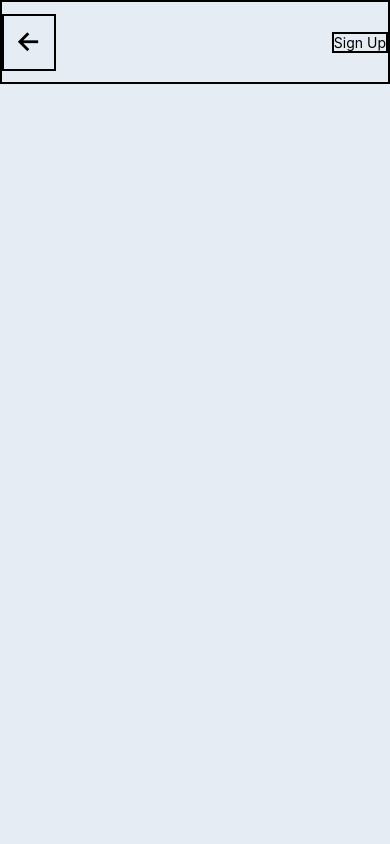
Repository: kgayathridevi/pregband
Screen: /Sign
These files come from the project's save history. The screen is drawn as it stood at one moment and after a run of saves; the edit follows.
The app was drawn by React Native's web renderer in a window 390 px wide. The project was rebuilt for these pictures with package versions that can differ from the ones it lists, and the page was loaded fresh each time. Also part of the build but not shown: component/Home.jsx.

Above is the screen before, as saved 2023-04-30 07:32:57.

### App.js
import { NavigationContainer } from "@react-navigation/native";
import { createNativeStackNavigator } from "@react-navigation/native-stack";
import { StatusBar } from "expo-status-bar";
import { StyleSheet, Text, View } from "react-native";
import SignUpScreen from "./component/SignUpScreen";
import LogInScreen from "./component/LogInScreen";
import Home from "./component/Home";

const Stack = createNativeStackNavigator();
export default function App() {
  return (
    <NavigationContainer>
      <Stack.Navigator initialRouteName="Log">
        <Stack.Screen
          options={{ headerShown: false }}
          name="Log"
          component={LogInScreen}
        />
        <Stack.Screen
          options={{ headerShown: false }}
          name="Sign"
          component={SignUpScreen}
        />
        <Stack.Screen name="Home" component={Home} />
      </Stack.Navigator>
    </NavigationContainer>
  );
}

const styles = StyleSheet.create({
  // container: {
  //   flex: 1,
  //   backgroundColor: '#fff',
  //   alignItems: 'center',
  //   justifyContent: 'center',
  // },
});

### component/SignUpScreen.jsx
import { StyleSheet, Text, View, TextInput } from "react-native";
import React from "react";
import { Button } from "react-native";
import Ionicons from "@expo/vector-icons/Ionicons";
import { SafeAreaView } from "react-native-safe-area-context";

const SignUpScreen = ({ navigation }) => {
  return (
    <SafeAreaView style={styles.container}>
      <View style={styles.headerContainer}>
        <View style={styles.btnCont}>
          <Ionicons name="arrow-back" color="black" size={30} />
        </View>
        <View style={styles.titleContain}>
          <Text style={styles.textC}>Sign</Text>
          <Text style={[styles.textC, styles.textC2]}> Up</Text>
        </View>
      </View>
      <View></View>
    </SafeAreaView>
  );
};

export default SignUpScreen;

const styles = StyleSheet.create({
  container: {
    height: "100%",
    backgroundColor: "#E5ECF3",
  },
  headerContainer: {
    height: "10%",
    borderWidth: 2,
    flexDirection: "row",
    alignItems: "center",
    justifyContent: "space-between",
  },
  btnCont: {
    borderWidth: 2,
    padding: 10,
  },
  titleContain: {
    borderWidth: 2,
    flexDirection: "row",
    fontSize: 40,
  },

  //   container: {
  //     // borderWidth: 2,
  //     height: "100%",
  //     backgroundColor: "#E5ECF3",
  //   },
  //   headerContainer: {
  //     // borderWidth: 2,
  //     height: "10%",
  //     flexDirection: "row",
  //     justifyContent: "space-between",
  //   },
  //   btnCont: {
  //     justifyContent: "center",
  //     // borderWidth: 2,
  //   },
  //   textC: {
  //     fontSize: 37,
  //   },
  //   textC2: {
  //     color: "#D37F7D",
  //   },
  //   titleContain: {
  //     // borderWidth: 2,
  //     flexDirection: "row",
  //     width: "85%",
  //     alignItems: "center",
  //   },
});

### component/LogInScreen.jsx
import {
  Button,
  StyleSheet,
  Text,
  TextInput,
  TouchableOpacity,
  View,
} from "react-native";
import React from "react";
import { SafeAreaView } from "react-native-safe-area-context";
import Ionicons from "@expo/vector-icons/Ionicons";

const LogInScreen = ({ navigation }) => {
  return (
    <SafeAreaView style={styles.container}>
      <View style={styles.headerContainer}>
        <View style={styles.btnCont}>
          {/* <Text>back</Text> */}
          <Ionicons name="arrow-back" color="black" size={30} />
        </View>
        <View style={styles.titleContain}>
          <Text style={styles.textC}>Log</Text>
          <Text style={[styles.textC, styles.textC2]}> In</Text>
        </View>
      </View>
      <View style={styles.mainContainer}>
        <View style={styles.inputContainer}>
          <Text style={{ fontSize: 18 }}>Email</Text>
          <TextInput style={styles.textInp} placeholder="Enter your name" />

          <Text style={{ fontSize: 18, marginTop: 15 }}>Password</Text>
          <TextInput style={styles.textInp} placeholder="Enter your password" />

          <View style={{ marginTop: 55, alignItems: "center" }}>
            <TouchableOpacity
              style={styles.logBtn}
              onPress={() => navigation.navigate("Home")}
            >
              <Text style={{ fontSize: 18 }}>Log In</Text>
            </TouchableOpacity>
            <TouchableOpacity onPress={() => navigation.navigate("Sign")}>
              <Text style={{ textDecorationLine: "underline", marginTop: 15 }}>
                Dont have an account? SignUp
              </Text>
            </TouchableOpacity>
          </View>
        </View>
        <View></View>
      </View>
    </SafeAreaView>
  );
};

export default LogInScreen;

const styles = StyleSheet.create({
  container: {
    // borderWidth: 2,
    height: "100%",
    backgroundColor: "#E5ECF3",
    padding: 10,
  },
  headerContainer: {
    // borderWidth: 2,
    height: "10%",
    flexDirection: "row",
    justifyContent: "space-between",
  },
  titleContain: {
    // borderWidth: 2,
    flexDirection: "row",
    width: "85%",
    alignItems: "center",
  },
  btnCont: {
    justifyContent: "center",
    // borderWidth: 2,
  },
  textC: {
    fontSize: 37,
  },
  textC2: {
    color: "#D37F7D",
  },

  mainContainer: {
    // borderWidth: 2,
    height: "90%",
    borderColor: "red",
  },
  inputContainer: {
    // borderWidth: 2,
    height: "80%",
    justifyContent: "center",
    padding: 10,
  },
  textInp: {
    borderWidth: 4,
    borderColor: "#D4ADAC",
    borderRadius: 20,
    height: 50,
    paddingHorizontal: 5,
    marginTop: 10,
  },
  logBtn: {
    backgroundColor: "#F9E8E6",
    height: 40,
    alignItems: "center",
    justifyContent: "center",
    width: "50%",
    borderRadius: 15,
  },
});

After the next 2 saves:
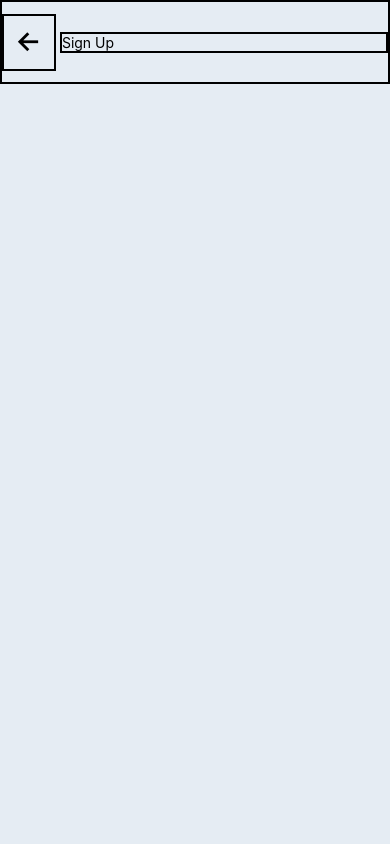
The 2 saves are shown as one change because 1 did not build or start.
The last was saved 116 s later.
--- a/component/SignUpScreen.jsx
+++ b/component/SignUpScreen.jsx
@@ -42,7 +42,7 @@ const styles = StyleSheet.create({
   titleContain: {
     borderWidth: 2,
     flexDirection: "row",
-    fontSize: 40,
+    width: "85%",
   },
 
   //   container: {
